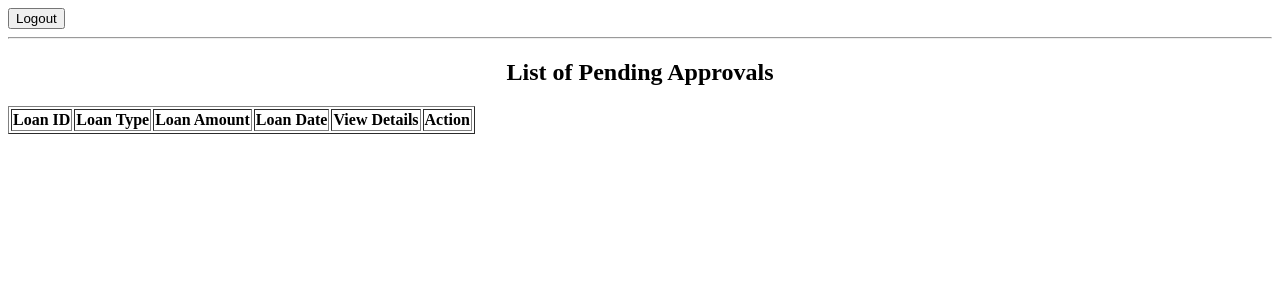
Repository: Bayvao/E-Loan-Project
Page: http://localhost/E-Loan-Project/WEB-INF/views/pending-loan-approval.jsp
These files come from the project's save history. The page is drawn as it stood at one moment and after the next save; the edit follows.
The browser window is 1280 px wide. The pictures show the whole page.
The page is served by Tomcat 9. Nobody is signed in. Other server files are loaded and not shown. The template is opened directly, without the code that normally fills it, so the values that code supplies are empty.

Above is the page before, as saved 2020-07-21 08:11:25.

### E-Loan-Project/src/main/webapp/WEB-INF/views/pending-loan-approval.jsp
<%@ taglib prefix="form" uri="http://www.springframework.org/tags/form" %>
<%@ taglib prefix="security" uri="http://www.springframework.org/security/tags" %>
<%@ taglib prefix="c" uri="http://java.sun.com/jsp/jstl/core"%>

<!DOCTYPE html>
<html lang="en">
<head>
<meta charset="ISO-8859-1">
<title>Pending List</title>

<style>
h2 {
	text-align: center;
}
</style>
</head>
<body>

	<!-- Add a logout button -->
	<form:form action="${pageContext.request.contextPath}/logout"
			   method="POST">

		<input type="submit" class="btn btn-danger" value="Logout" />

	</form:form>

	<hr>

	<!-- display user name and role -->

	<p>

	<security:authorize access="isAuthenticated()">
        User: <security:authentication property="principal.username" />
        Role(s): <security:authentication property="principal.authorities" />
    </security:authorize>
    <div>
    	<h2>List of Pending Approvals</h2>
    </div>
    <table border=1>
					<tr>
						<th>Loan ID</th>
						<th>Loan Type</th>
						<th>Loan Amount</th>
						<th>Loan Date</th>
						<th>View Details</th>
						<th>Action</th>
					</tr>
					<c:forEach items="${listPendingLoan}" var="pLoan">
						<tr>
							<td>${pLoan.loan.loanId}</td>
							<td>${pLoan.loan.loanType}</td>
							<td>${pLoan.loan.loanAmount}</td>
							<td>${pLoan.loan.loanDate}</td>
							<td>
								<a href="${pageContext.request.contextPath}/manager/detailView?id=${pLoan.statusId}">View Details</a>

							</td>
							<td>
								<a href="${pageContext.request.contextPath}/manager/approveLoan?id=${pLoan.statusId}">Approve</a>
								|
								<a href="${pageContext.request.contextPath}/manager/rejectLoan?id=${pLoan.statusId}">Reject</a>

							</td>
						</tr>
					</c:forEach>
				</table>

</body>
</html>

After the next save:
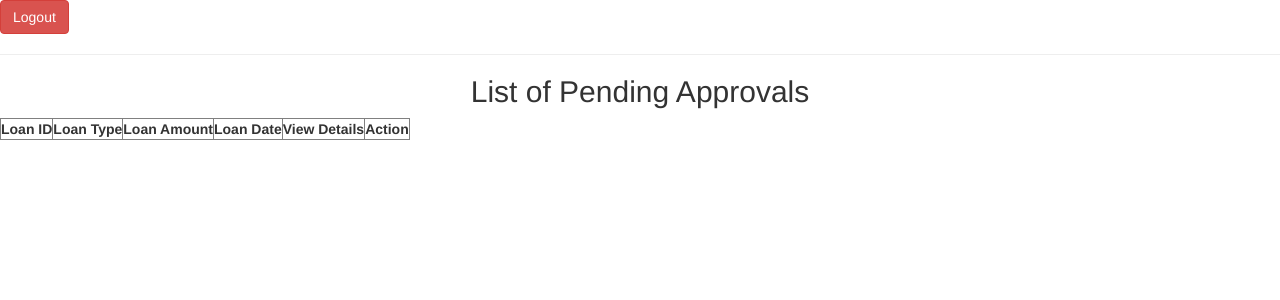
Saved 13 min 48 s later.
--- a/E-Loan-Project/src/main/webapp/WEB-INF/views/pending-loan-approval.jsp
+++ b/E-Loan-Project/src/main/webapp/WEB-INF/views/pending-loan-approval.jsp
@@ -5,8 +5,17 @@
 <!DOCTYPE html>
 <html lang="en">
 <head>
-<meta charset="ISO-8859-1">
 <title>Pending List</title>
+
+<meta charset="utf-8">
+<meta name="viewport" content="width=device-width, initial-scale=1">
+<link rel="stylesheet"
+	href="https://maxcdn.bootstrapcdn.com/bootstrap/3.4.1/css/bootstrap.min.css">
+<script
+	src="https://ajax.googleapis.com/ajax/libs/jquery/3.5.1/jquery.min.js"></script>
+<script
+	src="https://maxcdn.bootstrapcdn.com/bootstrap/3.4.1/js/bootstrap.min.js"></script>
+
 
 <style>
 h2 {
